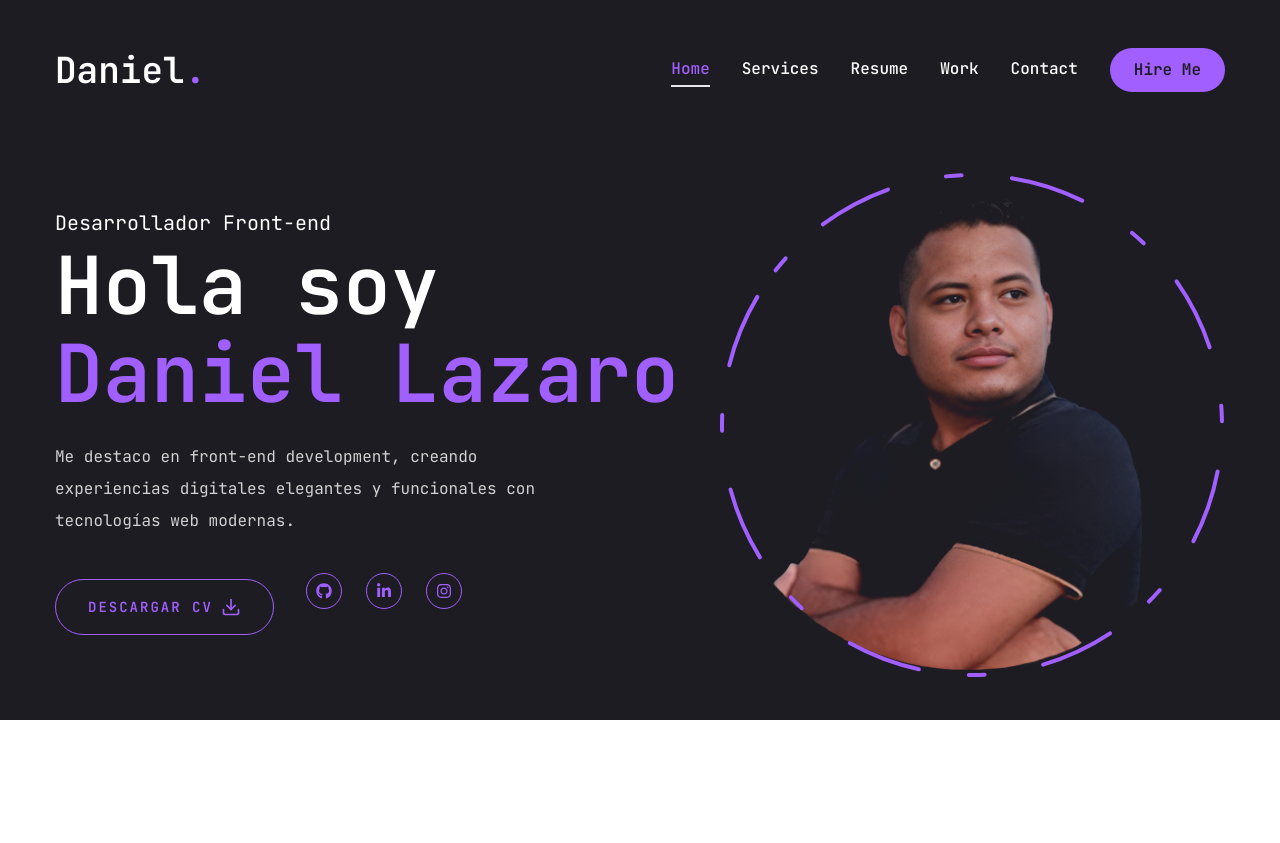
Repository: itsDarkos/Daniel-Portfolio
Page: /
These files come from the project's save history. The page is drawn as it stood at one moment and after the next save; the edit follows.
The browser window is 1280 px wide. The pictures show the whole page.
The project was rebuilt for these pictures with package versions that can differ from the ones it lists, and the page was loaded fresh each time. The framework's server and built-in components were replaced by stand-ins that run in the browser. Also part of the build but not shown: next.config.mjs.

Above is the page before, as saved 2025-01-04 19:17:17.

After the next save:
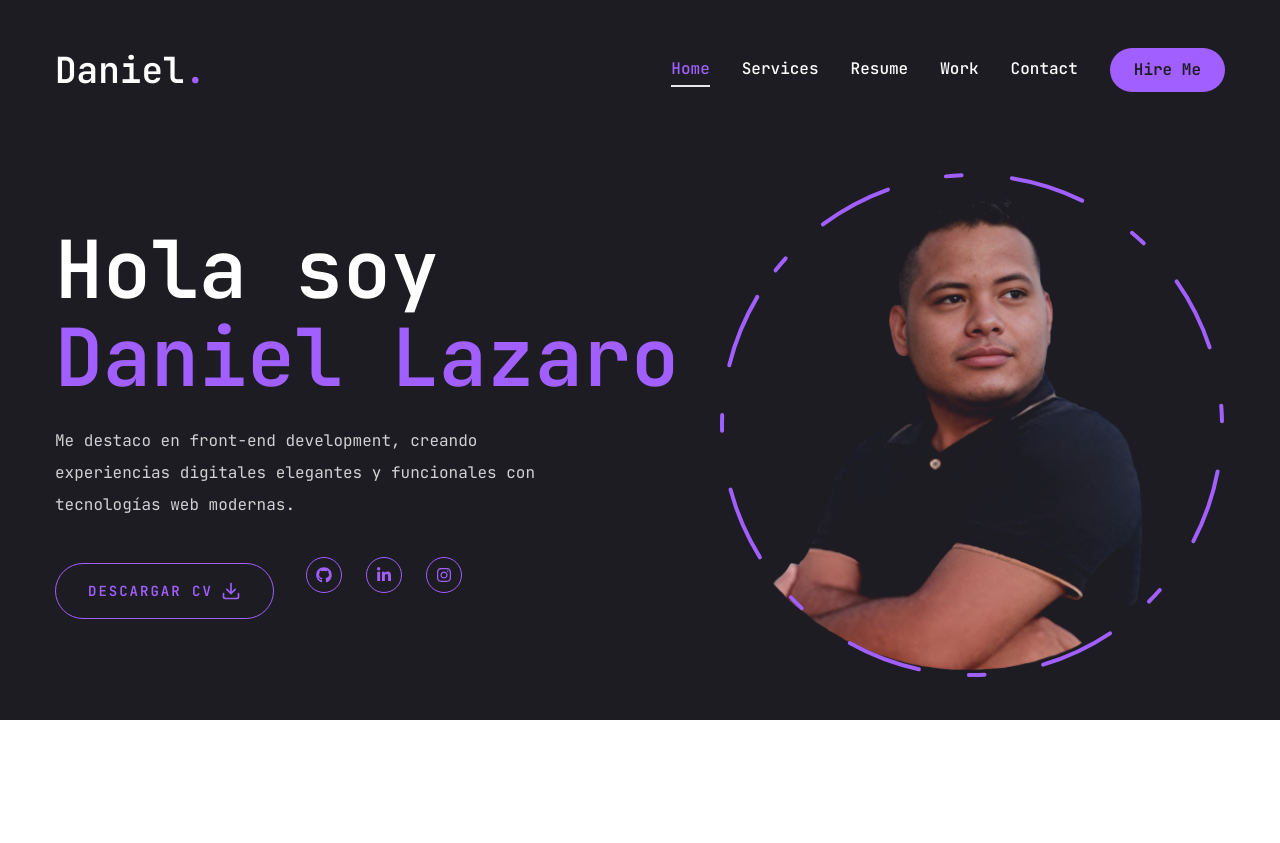
Saved 6 s later.
--- a/app/page.jsx
+++ b/app/page.jsx
@@ -13,7 +13,7 @@
         <div className="flex flex-col xl:flex-row items-center justify-between xl:pt-8 xl:pb-24">
           {/* text */}
           <div className="text-center xl:text-left order-2 xl:order-none">
-            <span className="text-xl">Desarrollador Front-end</span>
+            <span className="text-xl"></span>
             <h1 className="h1 mb-6">
               Hola soy <br /> <span className="text-accent">Daniel Lazaro</span>
             </h1>

After the save that followed:
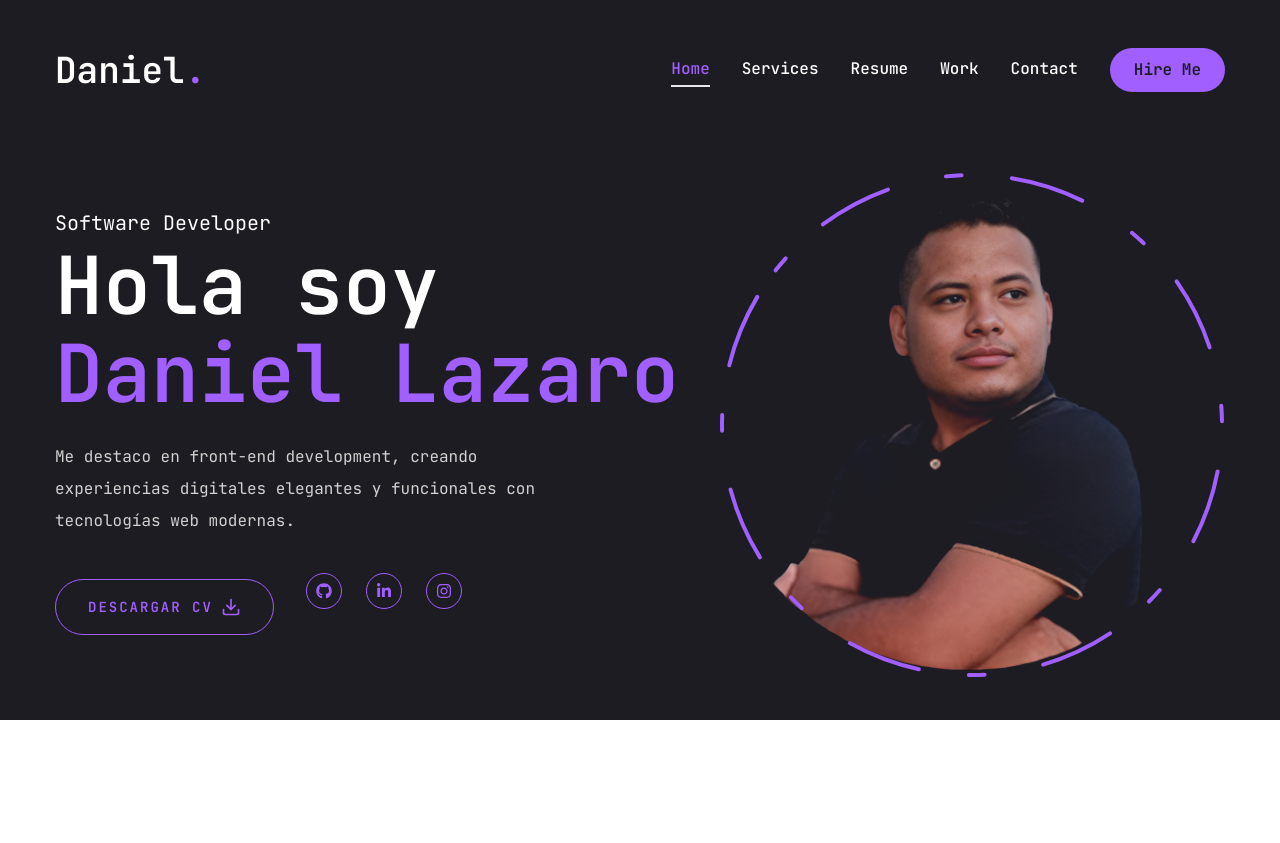
Saved 25 s later.
--- a/app/page.jsx
+++ b/app/page.jsx
@@ -13,7 +13,7 @@
         <div className="flex flex-col xl:flex-row items-center justify-between xl:pt-8 xl:pb-24">
           {/* text */}
           <div className="text-center xl:text-left order-2 xl:order-none">
-            <span className="text-xl"></span>
+            <span className="text-xl">Software Developer</span>
             <h1 className="h1 mb-6">
               Hola soy <br /> <span className="text-accent">Daniel Lazaro</span>
             </h1>
